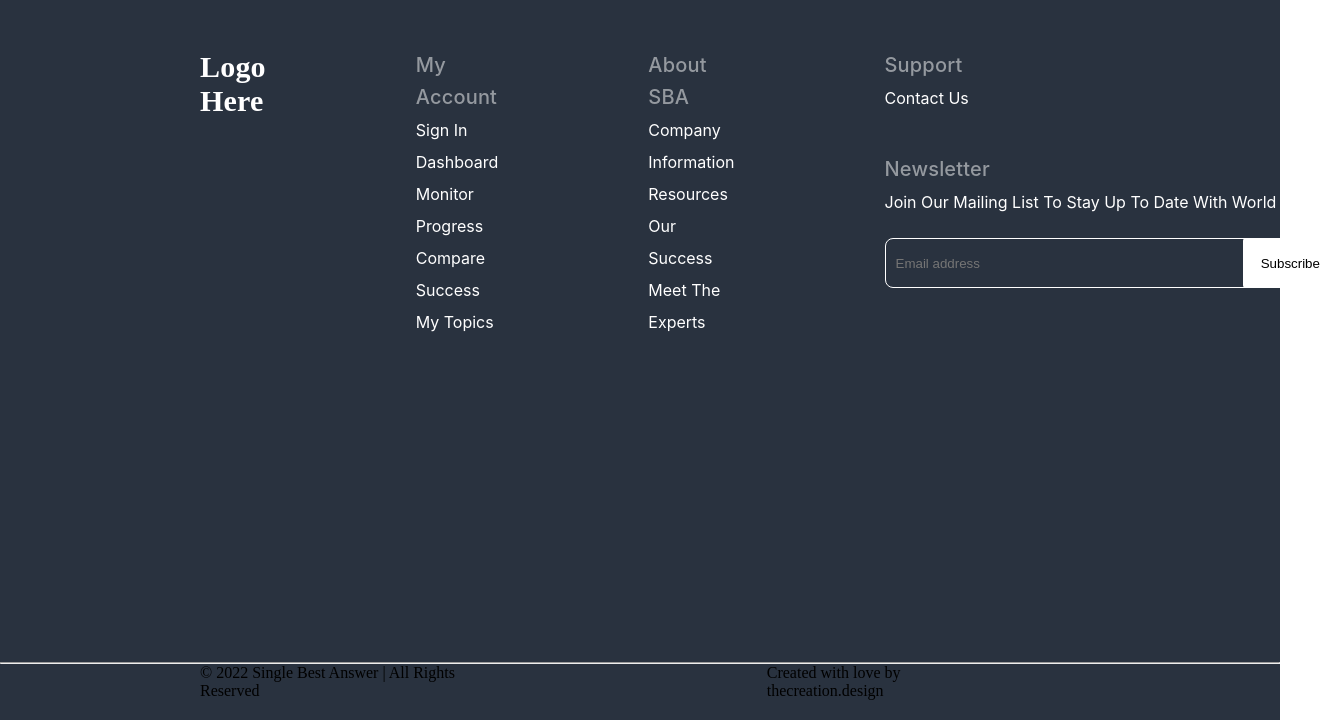
Repository: FaridRustamov09/Final-Task
Page: Pages/connectionPage/index.html
These files come from the project's save history. The page is drawn as it stood at one moment and after a run of saves; the edit follows.
The browser window is 1280 px wide. The page is 1339 px wide, so the pictures cover 1339 px, including what lies to the right of the window. The pictures show the whole page.
The style sheet was rebuilt from its Sass, Less or Tailwind sources for each picture, by a compiler version that may differ from the author's.

Above is the page before, as saved 2024-07-14 21:06:24.

### Pages/connectionPage/index.html
<!DOCTYPE html>
<html lang="en">
  <head>
    <meta charset="UTF-8" />
    <meta name="viewport" content="width=device-width, initial-scale=1.0" />
    <title>Document</title>
    <link rel="stylesheet" href="index.css" />
  </head>
  <body>
    <div class="container4">
      <div class="helper-box">
        <b>Logo Here</b>
        <ul>
          <li class="title"><b>My Account</b></li>
          <li><a href="#">Sign In</a></li>
          <li><a href="#">Dashboard</a></li>
          <li><a href="#">Monitor Progress</a></li>
          <li><a href="#">Compare Success</a></li>
          <li><a href="#">My Topics</a></li>
        </ul>
        <ul>
          <li class="title"><b>About SBA </b></li>
          <li><a href="#">Company Information</a></li>
          <li><a href="#">Resources</a></li>
          <li><a href="#">Our Success</a></li>
          <li><a href="#">Meet The Experts</a></li>
        </ul>
        <ul>
          <li class="title"><b>Support</b></li>
          <li><a href="#">Contact Us</a></li>
          <li class="title title-4"><b>Newsletter</b></li>
          <li>
            <a href="#">Join our mailing list to stay up to date with world</a>
          </li>
          <li class="subscribe">
            <form action="">
                <input placeholder="Email address" type="email" /><button>
                    Subscribe
                  </button>
            </form>

          </li>
        </ul>
      </div>
      <div class="finish">
        <hr />
        <div class="text-box">
            <p>© 2022 Single Best Answer | All Rights Reserved</p>
            <p>Created with love by thecreation.design</p>
        </div>

      </div>
    </div>
  </body>
</html>

### Pages/connectionPage/index.scss
* {
  margin: 0;
  padding: 0;
  box-sizing: border-box;
}
.container4 {
  background-color: #29323f;
  min-height: 100vh;
  display: flex;
  /* padding: 0 50px; */
  position: relative;
  .helper-box {
    padding-left: 200px;
    padding-top: 50px;
    display: flex;
    b {
      color: var(--White, #fff);
      font-family: Poppins;
      font-size: 30px;
      font-style: normal;
      font-weight: 700;
      line-height: normal;
      letter-spacing: 0.183px;
      text-transform: capitalize;
    }
    ul {
      display: flex;
      flex-direction: column;
      margin-left: 150px;
      .title-4{
        margin-top: 40px;
      }
      .title b {
        opacity: 0.5;
        color: var(--White, #fff);
        font-family: Inter;
        font-size: 20px;
        font-style: normal;
        font-weight: 500;
        line-height: normal;
        margin-bottom: 20px;
        margin-top: 40px;
      }
      li {
        color: var(--White, #fff);
        font-family: Inter;
        font-size: 16px;
        font-style: normal;
        font-weight: 400;
        line-height: 32px;
        text-transform: capitalize;
        list-style-type: none;
        a {
          text-decoration: none;
          color: var(--White, #fff);
          font-family: Inter;
          font-size: 16px;
          font-style: normal;
          font-weight: 400;
          line-height: 32px;
          text-transform: capitalize;
        }
      }
      .subscribe {
        margin-top: 20px;
        form{
          display: flex;
          align-items: center;
          width: 454px;
          height: 50px;
          border-radius: 8px;
          border: 1px solid var(--White, #fff);
        }
        input {
          width: 100%;
          outline: none;
          background: none;
          border: none;
          padding-left: 10px;
        }
        button {
          background-color: #ffffff;
          width: 120px;
          height: 50px;
          border-radius: 3px;
          border: none;
        }
      }
    }

  }
  .finish {
    width: 100%;
position: absolute;
bottom: 20px;
hr{
  width: 100%;
}
.text-box{
  padding-left: 200px;

  display: flex;
  align-items: center;
  p{
    margin-right: 300px;
  }
  /* justify-content: space-between; */
}
  }
}

After the next 2 saves:
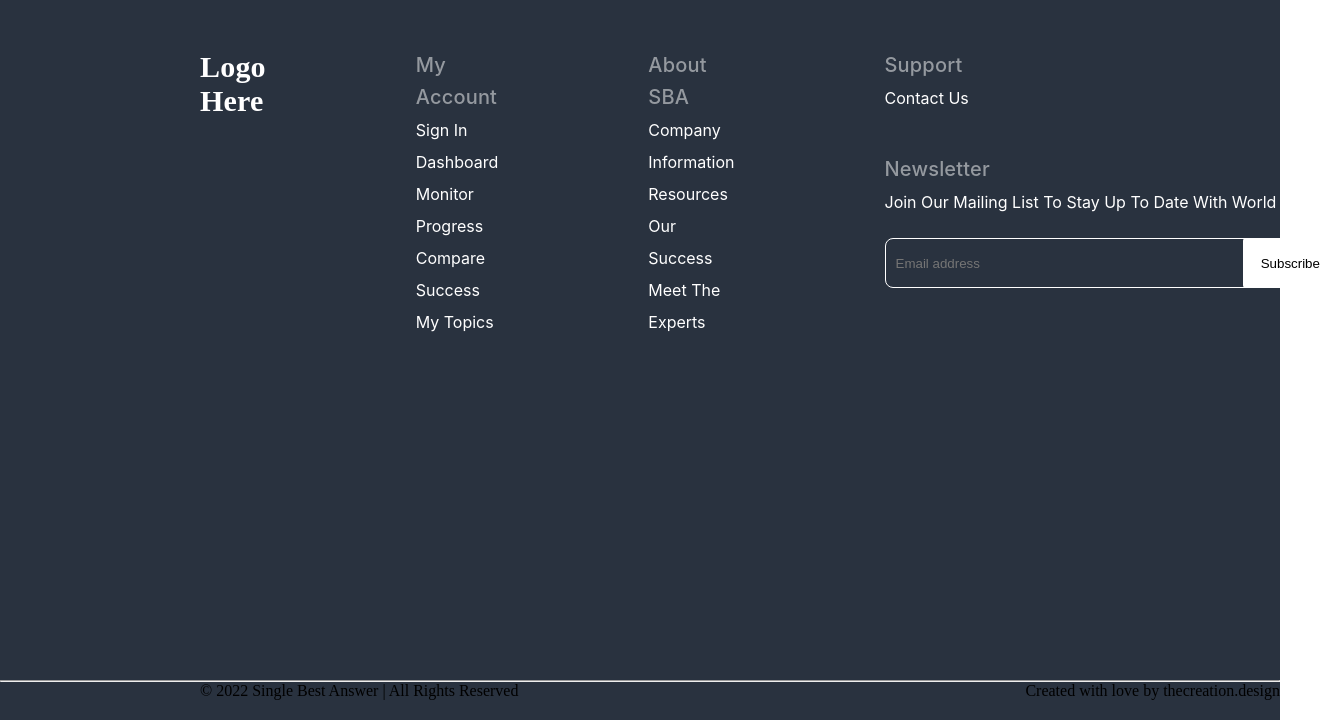
The 2 saves are shown as one change because they came seconds apart.
The last was saved 31 s later.
--- a/Pages/connectionPage/index.scss
+++ b/Pages/connectionPage/index.scss
@@ -101,10 +101,7 @@ hr{
 
   display: flex;
   align-items: center;
-  p{
-    margin-right: 300px;
-  }
-  /* justify-content: space-between; */
+  justify-content: space-between;
 }
   }
 }
